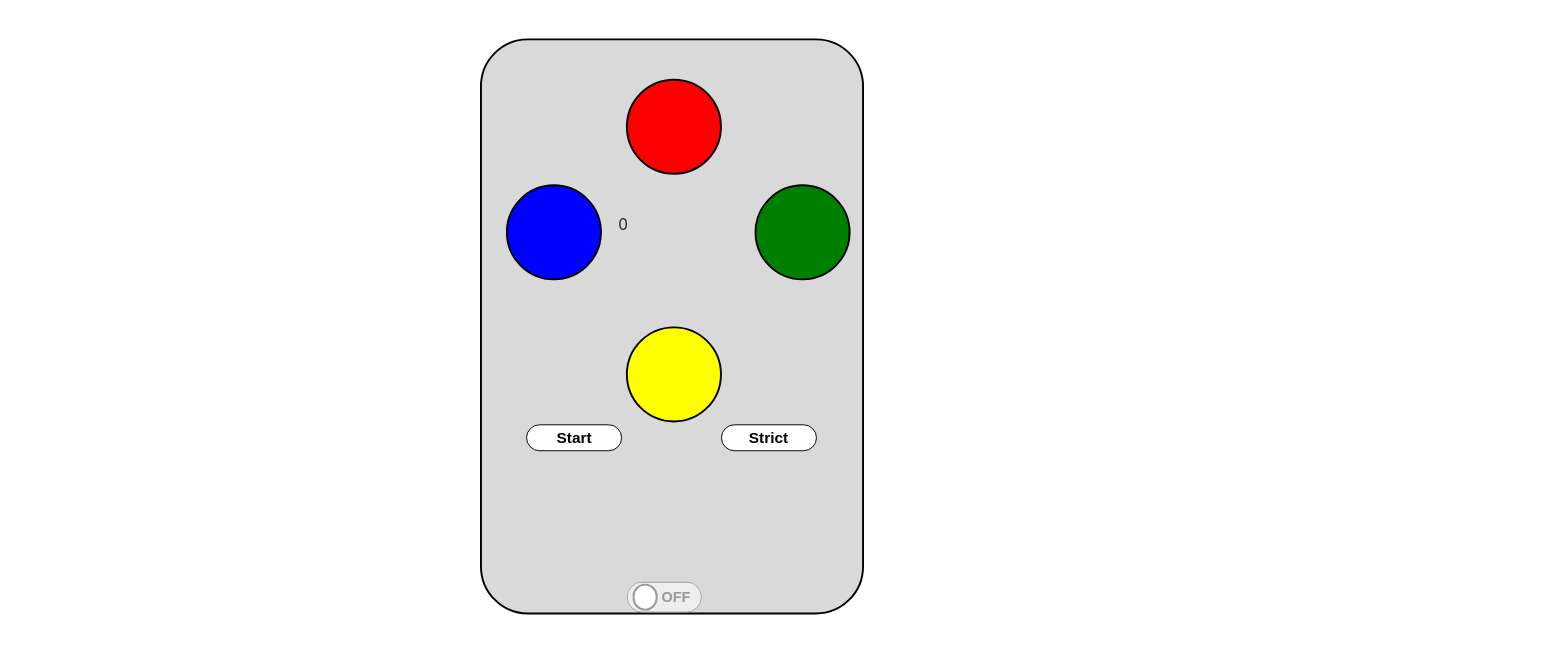
Repository: Code-Institute-Submissions/The-Simon-Game
Page: index.html
The author's editor kept a record of every edit. The page is drawn from the files as they stood at one moment, then again after the next edit.
The browser window is 1280 px wide. The page is 1627 px wide, so the pictures cover 1627 px, including what lies to the right of the window. The pictures show the whole page, at 96% of full size.

Above is the page before.

After the next edit:
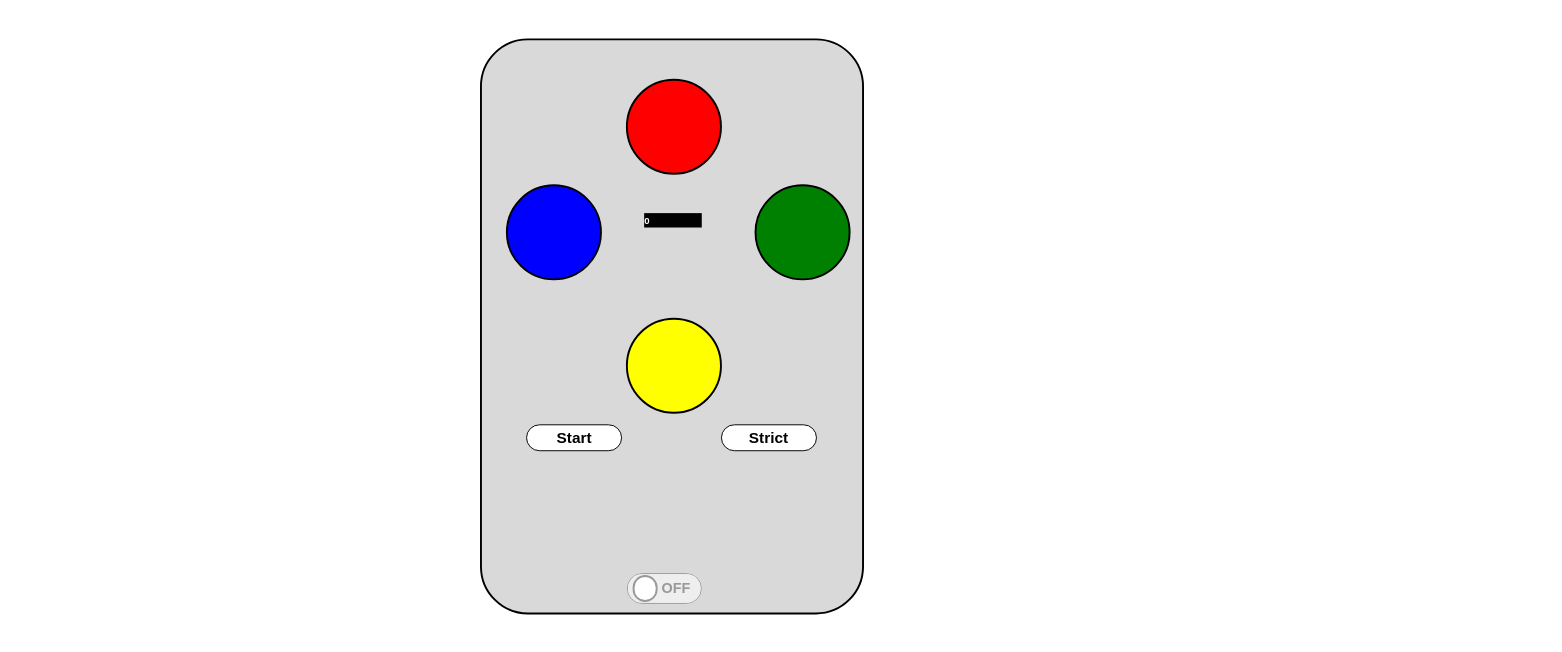
The edit:
--- a/css/style.css
+++ b/css/style.css
@@ -102,6 +102,20 @@
 
 /*-- Strict Button ends --*/
 
+/*-- Counter starts --*/
+
+.counter {
+    background-color: black;
+    color: white;
+    font-size: 10px;
+    font-family: Trebuchet, Arial, sans-serif;
+    font-weight: bold;
+    width: 60px;
+    margin-left: 27px
+}
+
+
+/*-- Counter ends --*/
 
 /*-- On and Off Switch starts --*/
 
